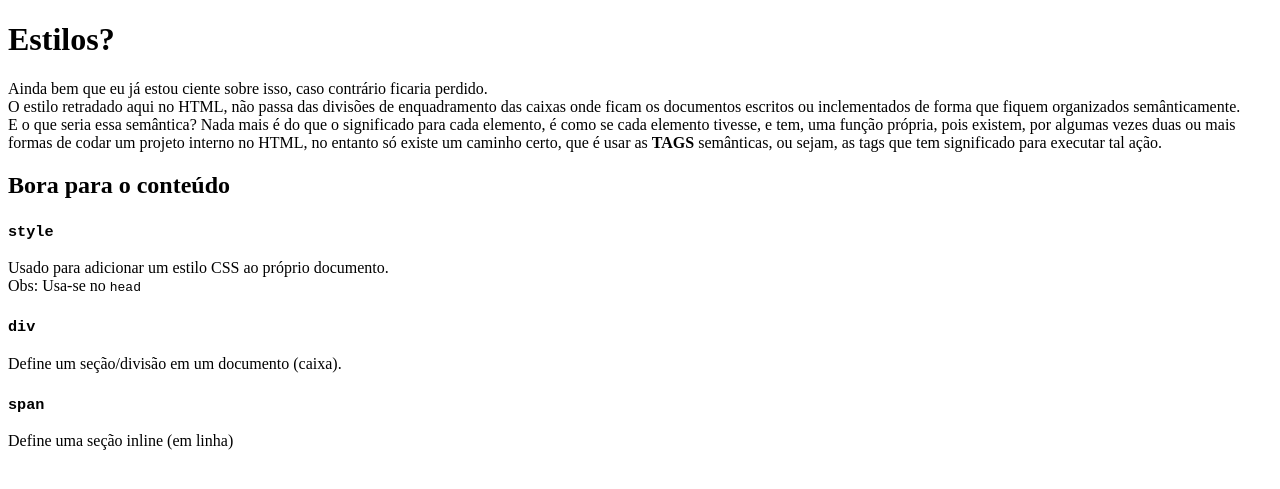
Repository: ErikMesquita/Danki-Code
Page: estilos/index.html
An editor plug-in stored every save of this project. The page is shown before and after a run of saves, followed by the edit.
The browser window is 1280 px wide. The pictures show the whole page.

Above is the page before, as saved 2023-10-29 18:16:12.

After the next 2 saves:
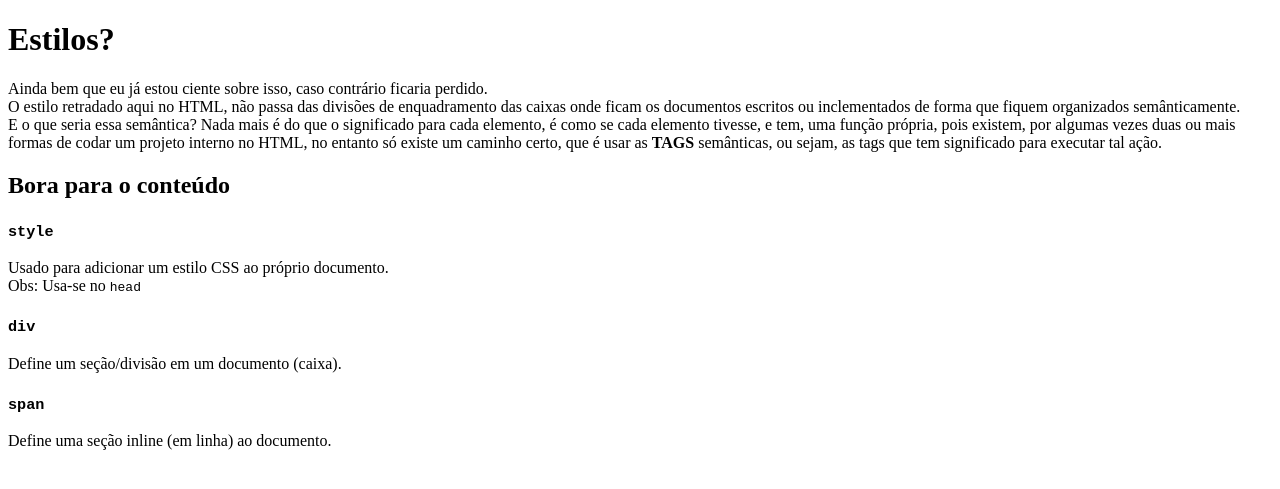
The 2 saves are shown as one change because they came seconds apart.
The last was saved 7 s later.
--- a/estilos/index.html
+++ b/estilos/index.html
@@ -30,8 +30,10 @@
 
             <h3><code>span</code></h3>
             <p>
-                Define uma seção inline (em linha)
+                Define uma seção inline (em linha) ao documento.
             </p>
+
+
 </body>
 
 </html>
